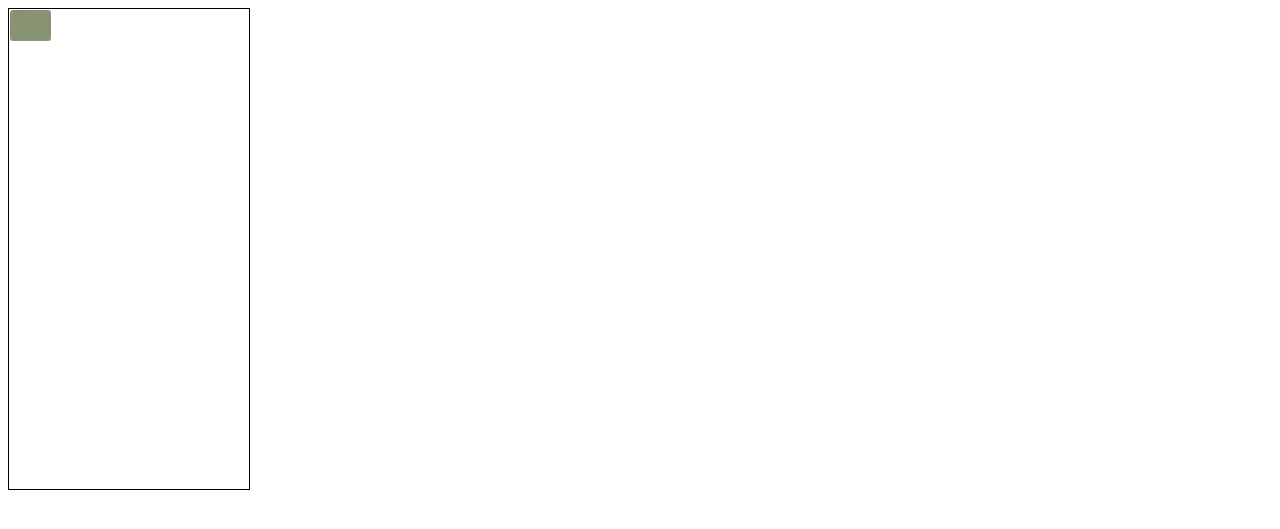
Repository: yzarc204/tetris-web
Page: index.html
These files come from the project's save history. The page is drawn as it stood at one moment and after a run of saves; the edit follows.
The browser window is 1280 px wide. The pictures show the whole page.

Above is the page before, as saved 2021-09-20 18:25:09.

### index.html
<!DOCTYPE html>
<html lang="en">
<head>
    <meta charset="UTF-8">
    <meta http-equiv="X-UA-Compatible" content="IE=edge">
    <meta name="viewport" content="width=device-width, initial-scale=1.0">
    <title>Tetris</title>
    <style>
        canvas {
            border: 1px solid #000;
        }
    </style>
</head>
<body>
    <script src="js/const.js"></script>
    <script src="js/board.js"></script>
    <script src="js/pixel.js"></script>
    <script src="js/brick.js"></script>
    <script src="js/game.js"></script>
</body>
</html>

### js/const.js
const PIXEL_SIZE = 24;
const PIXEL_COLOR = '#000000';
const PIXEL_BG_COLOR = '#879372';

const B = true;
const _ = false;

const ROW = 20;
const COL = 10;

const GAME_WIDTH = PIXEL_SIZE * COL;
const GAME_HEIGHT = PIXEL_SIZE * ROW;
const GAME_BG_COLOR = '#9EAD86';

### js/board.js
class Board
{
    constructor(tetris) {
        this.tetris = tetris;
        this.map = [];
        this.row = ROW;
        this.col = COL;
        this.init();
    }

    init() {
        for (let row = 0; row < this.row; row++) {
            let rowData = [];
            for (let col = 0; col < this.col; col++) {
                rowData.push(_);
            }
            this.map.push(rowData);
        }
    }

    draw() {
        for (let row = 0; row < this.row; row++) {
            for (let col = 0; col < this.col; col++) {
                if (this.map[row][col] == _)
                    new Pixel(this.tetris, row, col, PIXEL_BG_COLOR).draw();
            }
        }
    }
};

### js/pixel.js
class Pixel
{
    constructor(tetris, row, col, color) {
        this.tetris = tetris;
        this.row = row;
        this.col = col;
        this.color = color;
        this.size = PIXEL_SIZE;
    }

    draw() {
        this.tetris.ctx.fillStyle = this.color;
        this.tetris.ctx.strokeStyle = this.color;
        this.tetris.ctx.strokeRect(this.row+2, this.col+2, this.size-4, this.size-4);
    }
};

### js/game.js
class Tetris {
    constructor() {
        this.cvs = null;
        this.ctx = null;
        this.board = null;
        this.brick = null;
        this.score = 0;
        this.init();
        this.startGame();
    }

    init() {
        // Create canvas
        this.cvs = document.createElement('canvas');
        this.cvs.width = GAME_WIDTH;
        this.cvs.height = GAME_HEIGHT;
        document.body.appendChild(this.cvs);

        this.ctx = this.cvs.getContext('2d');
    }

    startGame() {
        this.board = new Board(this);
        this.board.draw();
        console.log('draw');

    }

    clrscr() {

    }

    loop() {

    }

    update() {

    }

    draw() {

    }
};

const tetris = new Tetris();

Loaded but not shown: js/brick.js (no copy from this time; the picture is the same without it)

After the next 2 saves:
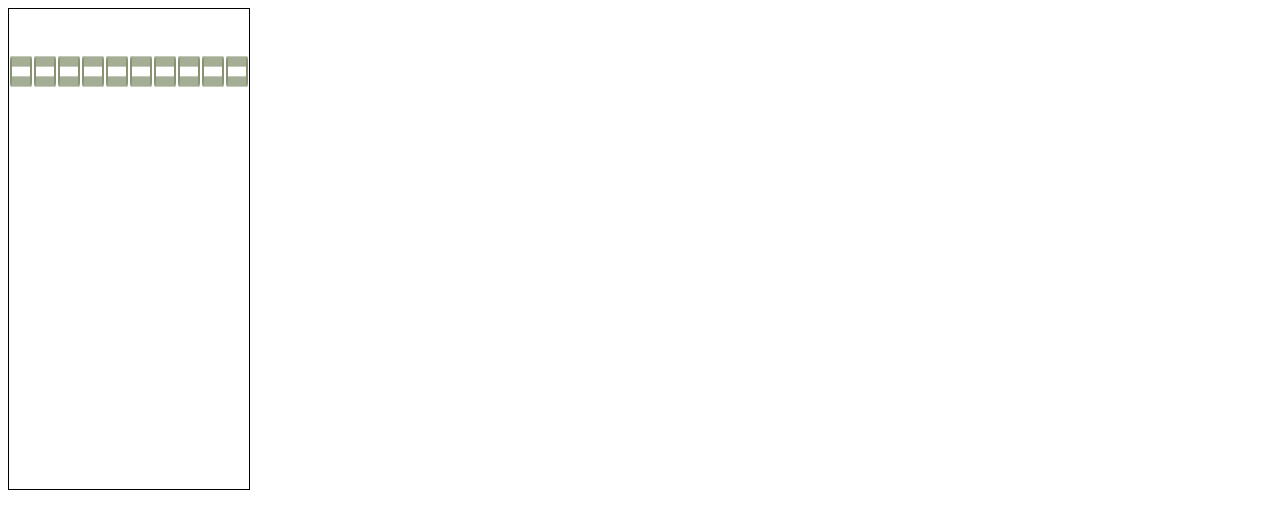
The 2 saves are shown as one change because they came seconds apart.
The last was saved 20 s later.
--- a/js/pixel.js
+++ b/js/pixel.js
@@ -11,6 +11,6 @@ class Pixel
     draw() {
         this.tetris.ctx.fillStyle = this.color;
         this.tetris.ctx.strokeStyle = this.color;
-        this.tetris.ctx.strokeRect(this.row+2, this.col+2, this.size-4, this.size-4);
+        this.tetris.ctx.strokeRect(this.row*this.size+2, this.col+2*this.size, this.size-4, this.size-4);
     }
 };
